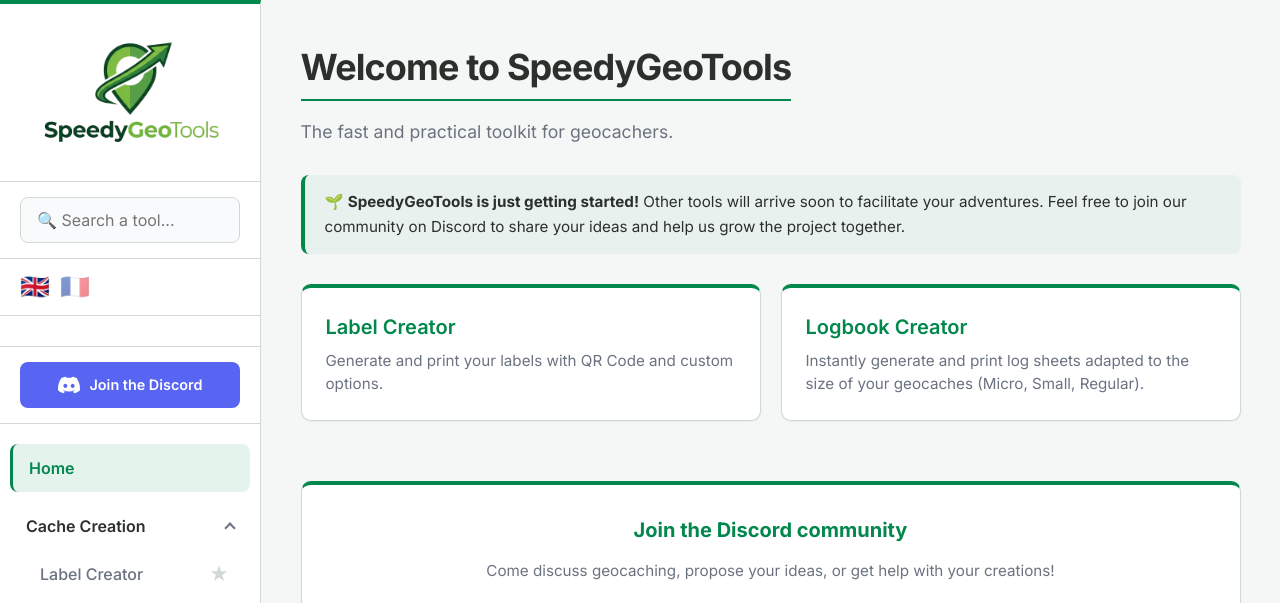
Repository: rodafux/SpeedyGeoTools
Page: index.html
These files come from the project's save history. The page is drawn as it stood at one moment and after the next save; the edit follows.
The browser window is 1280 px wide. The pictures show the part of the page from y = 0 to 603 px (the page is 1323 px tall).
Pictures or frames that could not be fetched are drawn as grey boxes.

Above is the page before, as saved 2026-04-11 01:24:20.

After the next save:
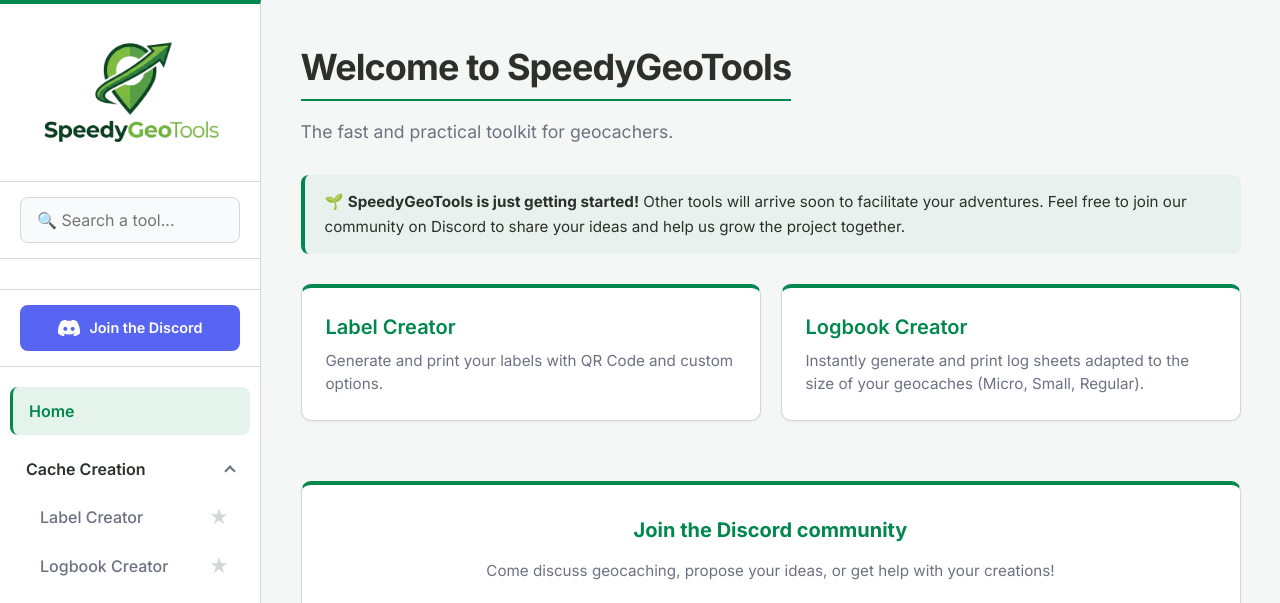
Saved 10 min 34 s later.
--- a/index.html
+++ b/index.html
@@ -12,6 +12,16 @@
     <link rel="preconnect" href="https://fonts.gstatic.com" crossorigin>
     <link href="https://fonts.googleapis.com/css2?family=Inter:wght@400;500;600;700&display=swap" rel="stylesheet">
     <link rel="stylesheet" href="css/style.css">
+    <script>
+        (function() {
+            var supportedLangs = ['fr'];
+            var userLang = (navigator.language || navigator.userLanguage).substring(0, 2).toLowerCase();
+            if (!sessionStorage.getItem('lang_redirect') && supportedLangs.indexOf(userLang) !== -1) {
+                sessionStorage.setItem('lang_redirect', 'true');
+                window.location.replace(userLang + '/index.html');
+            }
+        })();
+    </script>
 </head>
 <body>
     <div class="app-sidebar no-print">
@@ -24,10 +34,6 @@
         <div class="sidebar-content" id="sidebarContent">
             <div class="search-container">
                 <input type="text" id="toolSearch" placeholder="🔍 Search a tool..." onkeyup="filterTools()">
-            </div>
-            <div style="padding: 10px 20px; border-bottom: 1px solid var(--border-color); display: flex; gap: 10px;">
-                <a href="index.html" style="text-decoration: none; font-size: 1.5rem; opacity: 1;">🇬🇧</a>
-                <a href="fr/index.html" style="text-decoration: none; font-size: 1.5rem; opacity: 0.5;">🇫🇷</a>
             </div>
             <div id="google_translate_element" class="translation-widget"></div>
             <div class="sidebar-discord">
